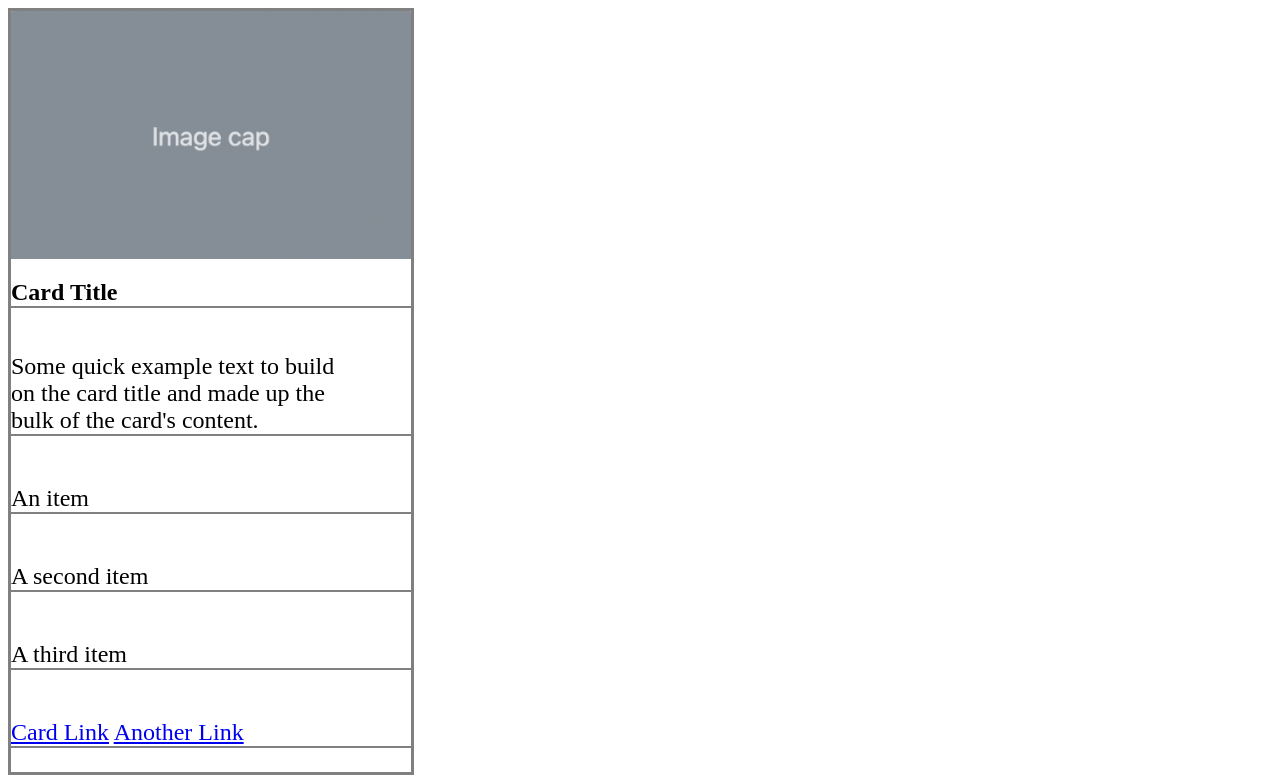
Repository: tr2cky/jsx-exercise
Page: 04 Card/card.html
These files come from the project's save history. The page is drawn as it stood at one moment and after the next save; the edit follows.
The browser window is 1280 px wide. The pictures show the whole page.

Above is the page before, as saved 2022-09-27 16:23:15.

### 04 Card/card.html
<!DOCTYPE html>
<html lang="en">

<head>
    <meta charset="UTF-8">
    <meta http-equiv="X-UA-Compatible" content="IE=edge">
    <meta name="viewport" content="width=device-width, initial-scale=1.0">
    <title>Document</title>
    <link rel="stylesheet" href="style.css">
</head>

<body>
    <article class="container">
        <img src="imagecap.png" alt="Image Cap">
        <h2>Card Title</h2>
        <p>Some quick example text to build <br>
            on the card title and made up the <br>
            bulk of the card's content.</p>
        <p>An item</p>
        <p>A second item</p>
        <p>A third item</p>
        <p><a href="https://google.com">Card Link</a> <a href="https://twitter.com">Another Link</a></p>
    </article>
</body>

</html>

### 04 Card/style.css
.container {
    display: flex;
    flex-direction: column;
    border: 3px solid gray;
    max-width: 400px;
    gap: 1px;
}
.container > img {
    width: 400px;
}
.container > p, h2 {
    font-size: 1.5rem;
    border-bottom: 2px solid gray;
}

After the next save:
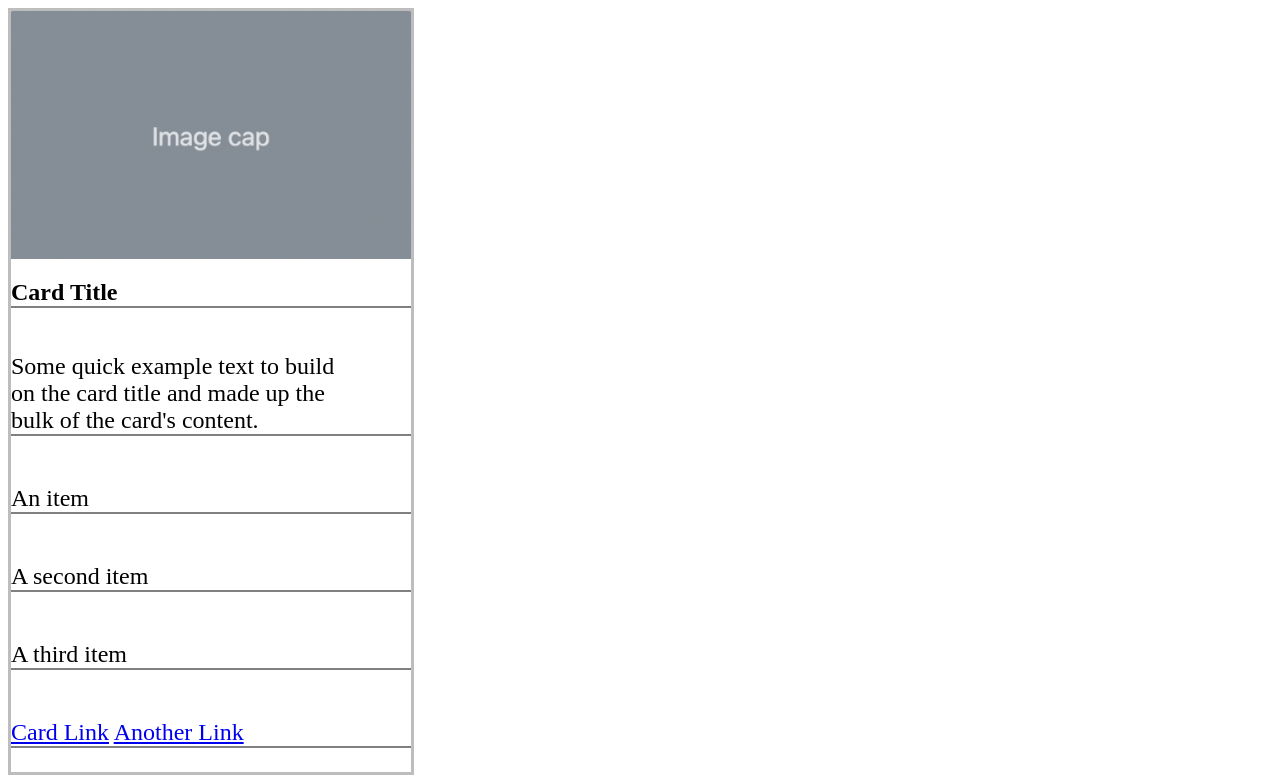
Saved 44 s later.
--- a/04 Card/style.css
+++ b/04 Card/style.css
@@ -1,7 +1,7 @@
 .container {
     display: flex;
     flex-direction: column;
-    border: 3px solid gray;
+    border: 3px solid rgba(128, 128, 128, 0.516);
     max-width: 400px;
     gap: 1px;
 }
